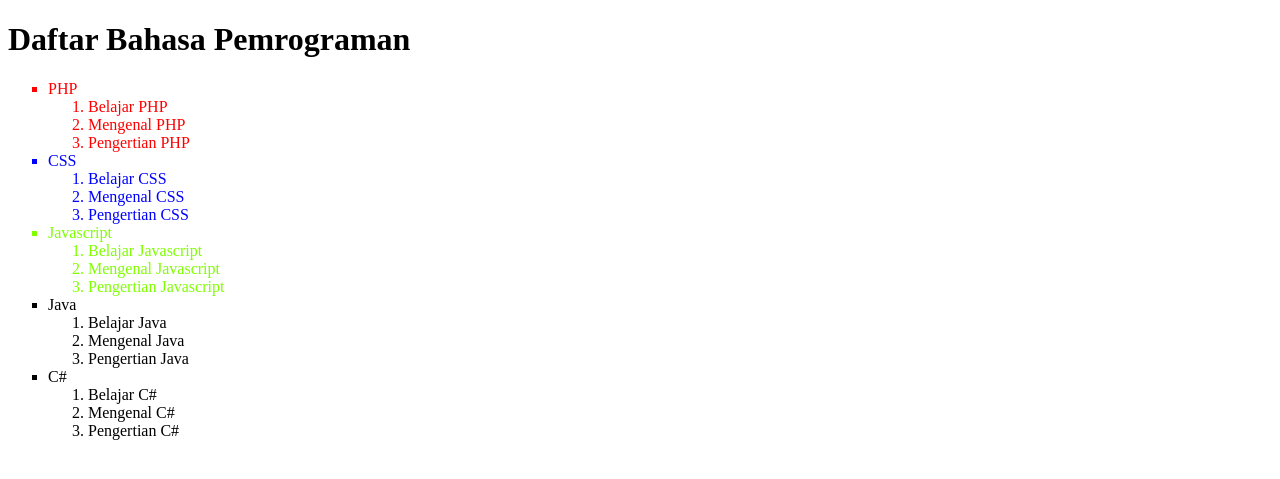
Repository: AHSANS354/tugas-sib5
Page: list.html
The author's editor kept a copy of each file at every save. The page is drawn from the files as they stood at one save, then again after the next save.
The browser window is 1280 px wide. The pictures show the whole page.

Above is the page before, as saved 2023-08-18 13:36:24.

After the next save:
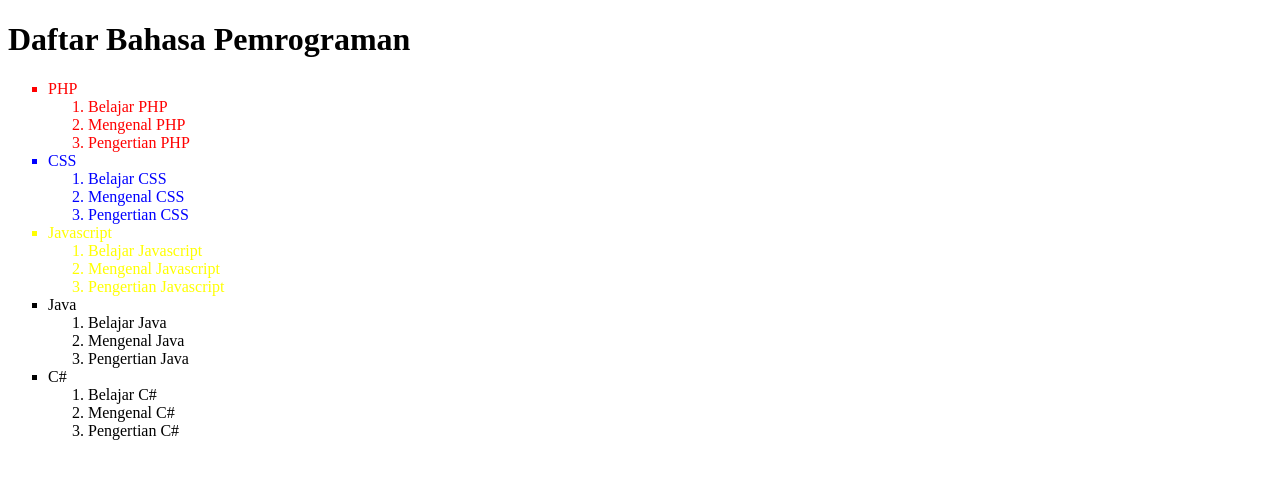
Saved 7 s later.
--- a/list.html
+++ b/list.html
@@ -24,7 +24,7 @@
           <li>Pengertian CSS</li>
         </ol>
       </li>
-      <li style="color: chartreuse">
+      <li style="color: yellow">
         Javascript
         <ol type="1">
           <li>Belajar Javascript</li>
